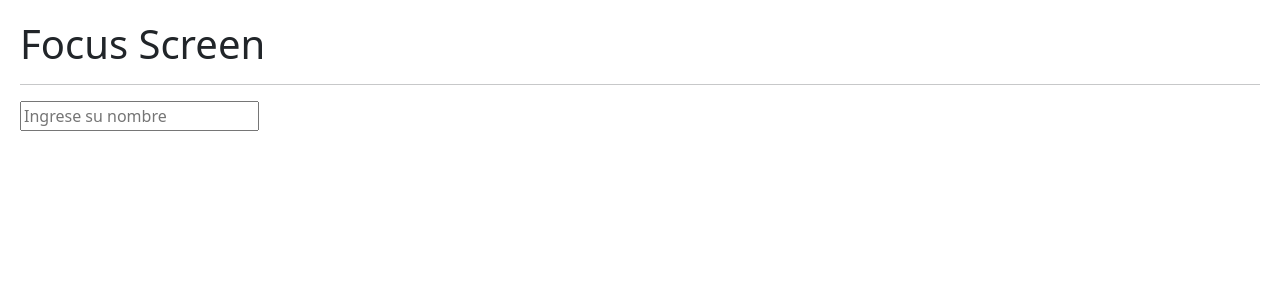
Repository: bryanesteban/hooks-App
Page: /
The author's editor kept a copy of each file at every save. The page is drawn from the files as they stood at one save, then again after the next save.
The browser window is 1280 px wide. The pictures show the whole page.
The project was rebuilt for these pictures with package versions that can differ from the ones it lists, and the page was loaded fresh each time. Also part of the build but not shown: vite.config.js, src/HooksApp.jsx, src/01-useState/CounterApp.jsx, src/hooks/useCounter.jsx, src/01-useState/CounterWithCustomHook.jsx, src/02-useEffect/Message.jsx, src/02-useEffect/SimpleForm.jsx, src/hooks/useForm.js and 5 more.

Above is the page before, as saved 2024-07-01 23:04:00.

After the next save:
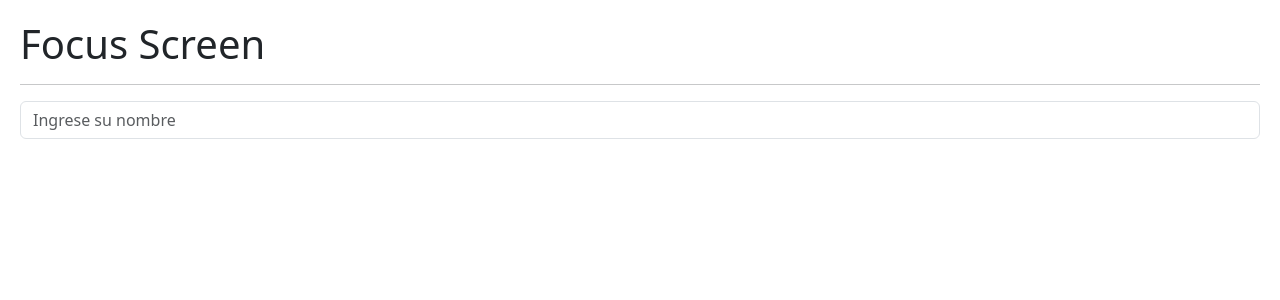
Saved 26 s later.
--- a/src/04-useRef/FocusScreen.jsx
+++ b/src/04-useRef/FocusScreen.jsx
@@ -9,6 +9,7 @@
         <input
             type="text"
             placeholder="Ingrese su nombre"
+            className='form-control'
 
         />
     </>
